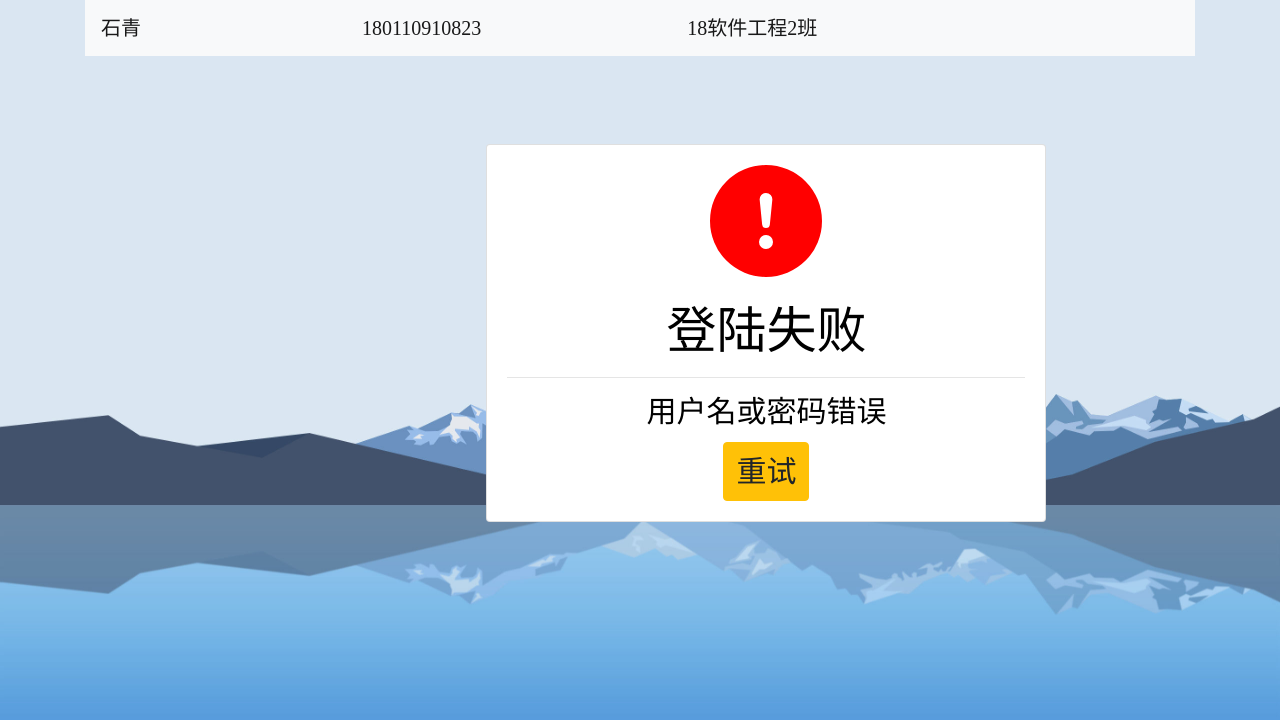
Repository: sqsssq/JavaWeb
Page: class1/IDEA/web/failure.html
The author's editor kept a copy of each file at every save. The page is drawn from the files as they stood at one save, then again after the next save.
The browser window is 1280 px wide. The pictures show the whole page.

Above is the page before, as saved 2020-09-25 01:04:20.

### class1/IDEA/web/failure.html
<!--
 * @Author: your name
 * @Date: 2020-09-23 10:46:47
 * @LastEditTime: 2020-09-25 01:04:20
 * @LastEditors: Please set LastEditors
 * @Description: In User Settings Edit
 * @FilePath: \IDEA\web\successful.html
-->
<!DOCTYPE html>
<html lang="en">

<head>
    <meta charset="UTF-8">
    <meta name="viewport" content="width=device-width, initial-scale=1, shrink-to-fit=no">
    <link rel="stylesheet" href="https://cdn.jsdelivr.net/npm/bootstrap@4.5.0/dist/css/bootstrap.min.css"
        integrity="sha384-9aIt2nRpC12Uk9gS9baDl411NQApFmC26EwAOH8WgZl5MYYxFfc+NcPb1dKGj7Sk" crossorigin="anonymous">
    <script src="https://cdn.jsdelivr.net/npm/jquery@3.5.1/dist/jquery.slim.min.js"
        integrity="sha384-DfXdz2htPH0lsSSs5nCTpuj/zy4C+OGpamoFVy38MVBnE+IbbVYUew+OrCXaRkfj" crossorigin="anonymous">
    </script>
    <script src="https://cdn.jsdelivr.net/npm/popper.js@1.16.0/dist/umd/popper.min.js"
        integrity="sha384-Q6E9RHvbIyZFJoft+2mJbHaEWldlvI9IOYy5n3zV9zzTtmI3UksdQRVvoxMfooAo" crossorigin="anonymous">
    </script>
    <script src="https://cdn.jsdelivr.net/npm/bootstrap@4.5.0/dist/js/bootstrap.min.js"
        integrity="sha384-OgVRvuATP1z7JjHLkuOU7Xw704+h835Lr+6QL9UvYjZE3Ipu6Tp75j7Bh/kR0JKI" crossorigin="anonymous">
    </script>

    <title>Title</title>
    <style>
        html {
            height: 100%;
        }

        body {
            height: 100%;
            background-image: url("./img/bcg2.jpg");
            background-repeat: no-repeat;
            background-size: 100% 100%;
            background-position: center center;
        }
    </style>
</head>

<body>
    <div class="container" style="font-family: 华文行楷;">
        <nav class="navbar navbar-expand-lg navbar-light bg-light">
            <a class="navbar-brand" href="#">石青
                &nbsp;&nbsp;&nbsp;&nbsp;&nbsp;&nbsp;&nbsp;&nbsp;&nbsp;&nbsp;&nbsp;&nbsp;&nbsp;&nbsp;&nbsp;&nbsp;&nbsp;&nbsp;&nbsp;&nbsp;&nbsp;&nbsp;&nbsp;&nbsp;&nbsp;&nbsp;&nbsp;&nbsp;&nbsp;&nbsp;&nbsp;&nbsp;&nbsp;&nbsp;&nbsp;&nbsp;&nbsp;&nbsp;&nbsp;&nbsp;</a>
            <a class="navbar-brand"
                href="#">180110910823&nbsp;&nbsp;&nbsp;&nbsp;&nbsp;&nbsp;&nbsp;&nbsp;&nbsp;&nbsp;&nbsp;&nbsp;&nbsp;&nbsp;&nbsp;&nbsp;&nbsp;&nbsp;&nbsp;&nbsp;&nbsp;&nbsp;&nbsp;&nbsp;&nbsp;&nbsp;&nbsp;&nbsp;&nbsp;&nbsp;&nbsp;&nbsp;&nbsp;&nbsp;&nbsp;&nbsp;&nbsp;&nbsp;</a>
            <a class="navbar-brand" href="#">18软件工程2班</a>

        </nav>
        <form method="post" action="loginAction.jsp">

            <!--    <form>-->
            <div class="card"
                style="width: 35rem; position:absolute; left: 38%; float: left; top: 20%; background-color: white;">
                <div class="card-body" style="text-align: center;">

                    <!-- <img src="..." class="card-img-top" alt="..."> -->
                    <!-- <svg width="7em" height="7em" viewBox="0 0 16 16" class="bi bi-exclamation-circle-fill" fill="red"
                        xmlns="http://www.w3.org/2000/svg">
                        <path fill-rule="evenodd"
                            d="M16 8A8 8 0 1 1 0 8a8 8 0 0 1 16 0zm-3.97-3.03a.75.75 0 0 0-1.08.022L7.477 9.417 5.384 7.323a.75.75 0 0 0-1.06 1.06L6.97 11.03a.75.75 0 0 0 1.079-.02l3.992-4.99a.75.75 0 0 0-.01-1.05z" />
                    </svg> -->
                    <svg width="7em" height="7em" viewBox="0 0 16 16" class="bi bi-exclamation-circle-fill" fill="red" xmlns="http://www.w3.org/2000/svg">
                        <path fill-rule="evenodd" d="M16 8A8 8 0 1 1 0 8a8 8 0 0 1 16 0zM8 4a.905.905 0 0 0-.9.995l.35 3.507a.552.552 0 0 0 1.1 0l.35-3.507A.905.905 0 0 0 8 4zm.002 6a1 1 0 1 0 0 2 1 1 0 0 0 0-2z"/>
                      </svg>
                    <br> <br>
                    <h3 class="card-title" style="color: black; font-size: 50px;">登陆失败</h3>
                    <hr>
                    <h3 class="card-title" style="color: black; font-size: 30px;">用户名或密码错误</h3>
                    <input class="btn btn-warning" value="重试" id="btn1" type="submit" style="font-size: 30px;">
                    <!--            <input  class="btn btn-success" value="注册" id="btn2" type="submit">-->
                    <!--            <button class="btn btn-block" id="btn">登陆</button>-->
                </div>
            </div>
        </form>
    </div>
</body>

</html>

After the next save:
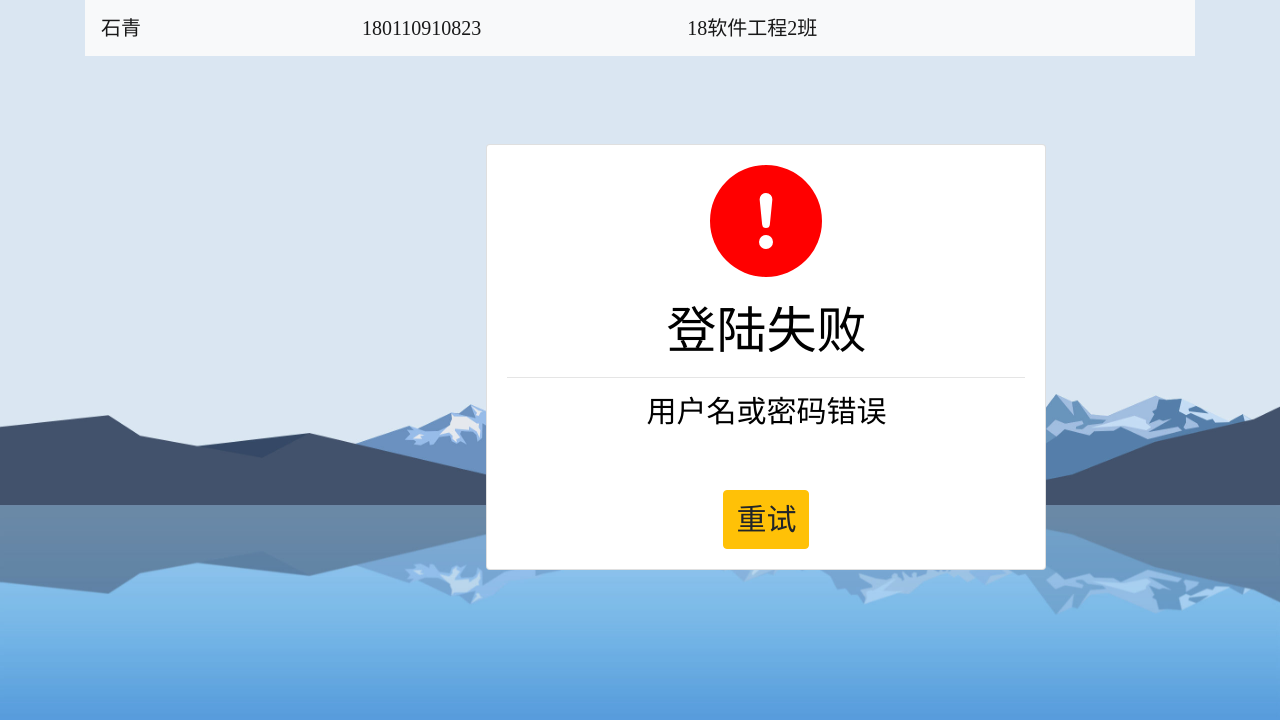
Saved 9 s later.
--- a/class1/IDEA/web/failure.html
+++ b/class1/IDEA/web/failure.html
@@ -1,7 +1,7 @@
 <!--
  * @Author: your name
  * @Date: 2020-09-23 10:46:47
- * @LastEditTime: 2020-09-25 01:04:20
+ * @LastEditTime: 2020-09-25 01:04:29
  * @LastEditors: Please set LastEditors
  * @Description: In User Settings Edit
  * @FilePath: \IDEA\web\successful.html
@@ -70,6 +70,7 @@
                     <h3 class="card-title" style="color: black; font-size: 50px;">登陆失败</h3>
                     <hr>
                     <h3 class="card-title" style="color: black; font-size: 30px;">用户名或密码错误</h3>
+                    <br><br>
                     <input class="btn btn-warning" value="重试" id="btn1" type="submit" style="font-size: 30px;">
                     <!--            <input  class="btn btn-success" value="注册" id="btn2" type="submit">-->
                     <!--            <button class="btn btn-block" id="btn">登陆</button>-->
